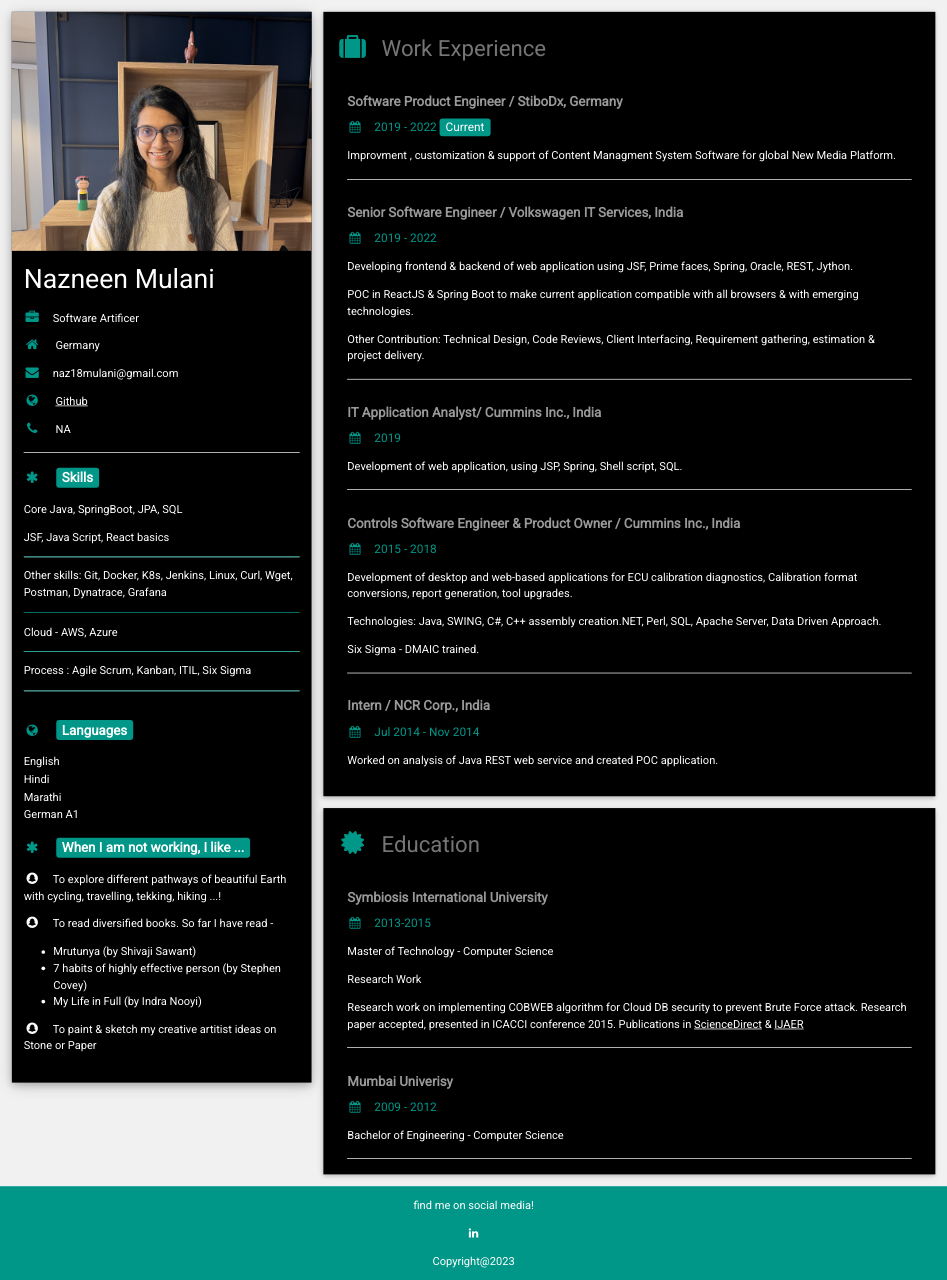
Repository: nazneenprojects/nazneen.github.io
Page: index.html
The author's editor kept a copy of each file at every save. The page is drawn from the files as they stood at one save, then again after the next save.
The browser window is 1280 px wide. The pictures show the whole page, at 74% of full size.

Above is the page before, as saved 2023-07-09 12:33:52.

After the next save:
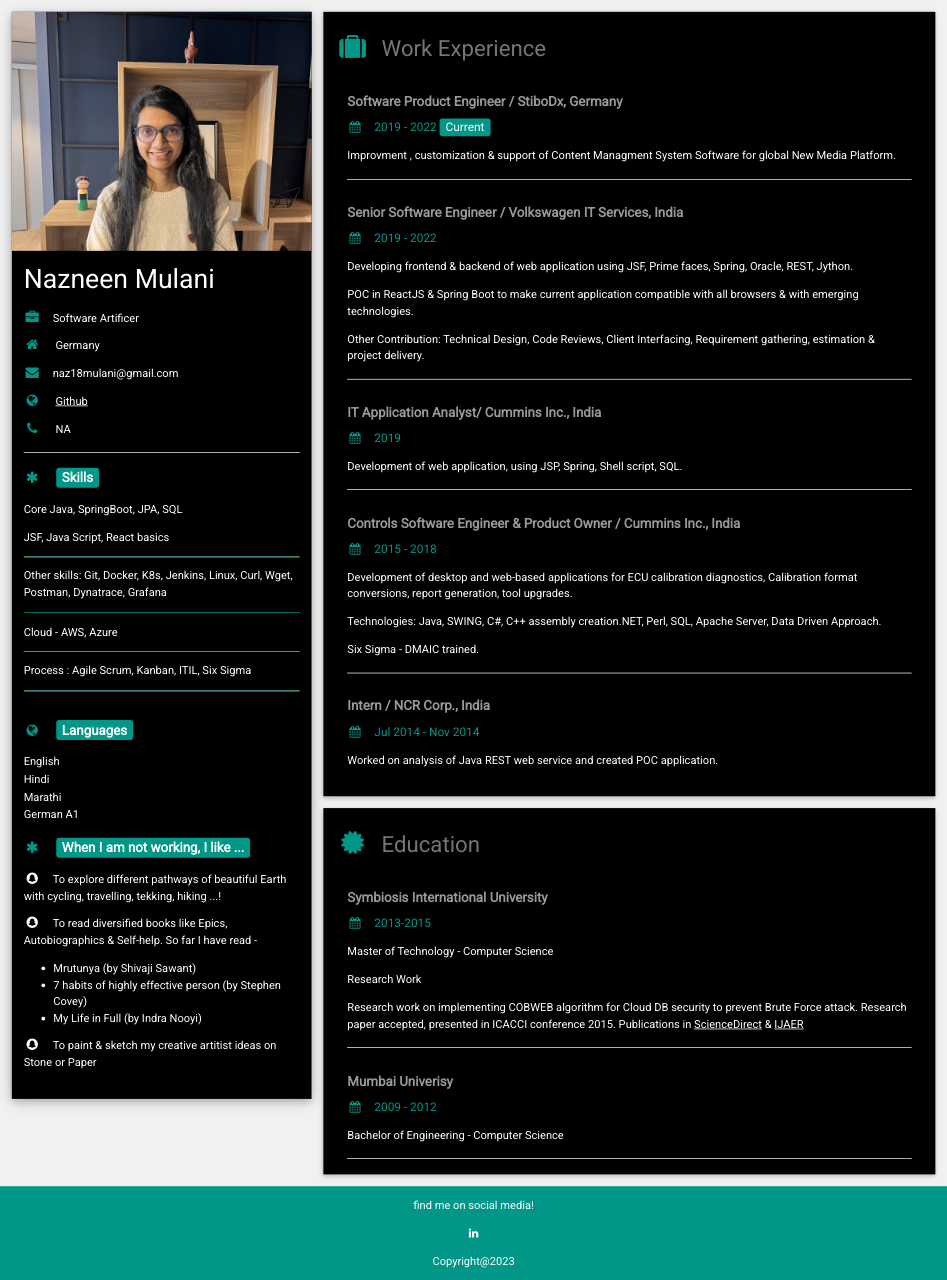
Saved 78 s later.
--- a/index.html
+++ b/index.html
@@ -83,7 +83,7 @@
           <p class="w3-large"><b><i class="fa fa-asterisk fa-fw w3-margin-right w3-text-teal"></i> <span class="w3-tag w3-teal w3-round">When I am not working, I like ...</span></b></p>
           <p><i class="fa fa-snapchat fa-fw w3-margin-right w3-large w3-text-white"></i>To explore different pathways of beautiful Earth with cycling, travelling, tekking, hiking ...!  </p>
           <div>
-            <p><i class="fa fa-snapchat fa-fw w3-margin-right w3-large w3-text-white"></i>To read diversified books. So far I have read - </p>
+            <p><i class="fa fa-snapchat fa-fw w3-margin-right w3-large w3-text-white"></i>To read diversified books like Epics, Autobiographics & Self-help. So far I have read - </p>
             <ul>
               <li>Mrutunya (by Shivaji Sawant)</li>
               <li>7 habits of highly effective person (by Stephen Covey)</li>
